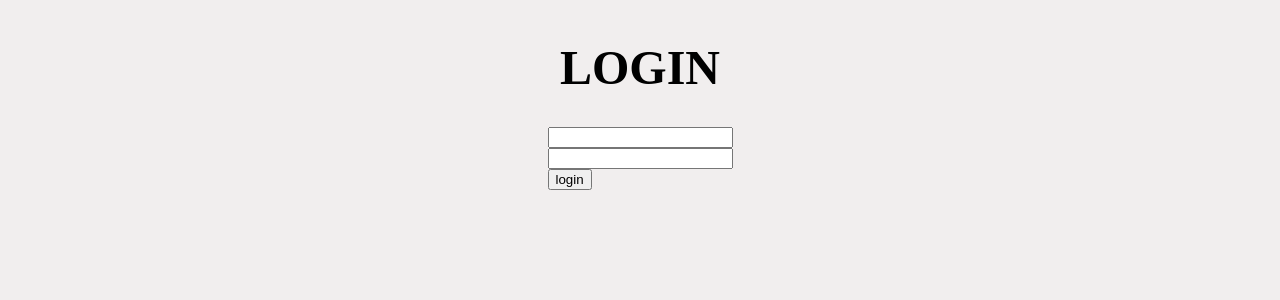
Repository: rehamtaher10/thirdReactTask
Page: /
An editor plug-in stored every save of this project. The page is shown before and after the next save, followed by the edit.
The browser window is 1280 px wide. The pictures show the whole page.
The project was rebuilt for these pictures with package versions that can differ from the ones it lists, and the page was loaded fresh each time. Also part of the build but not shown: vite.config.js, src/components/HomePage/Home.jsx, src/style/navBar.css, src/components/Navbar.jsx, src/components/Layout/Layout.jsx, src/components/AboutPage/About.jsx, src/style/contactUs.css, src/components/ContactUsPage/ContactUs.jsx and 2 more.

Above is the page before, as saved 2024-12-01 22:46:46.

After the next save:
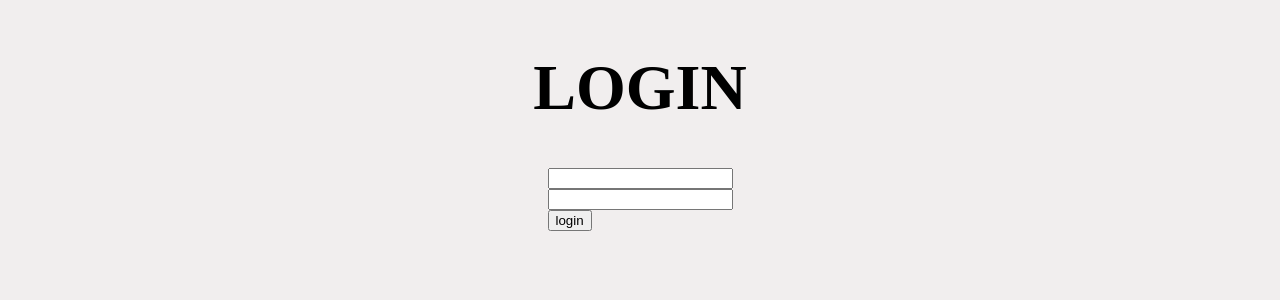
Saved 4 s later.
--- a/src/style/loginPage.css
+++ b/src/style/loginPage.css
@@ -8,6 +8,6 @@ body{
     align-items: center;
 }
 .loginComponent h1{
-    font-size: 3rem;
+    font-size: 4rem;
     text-transform: uppercase;
 }
